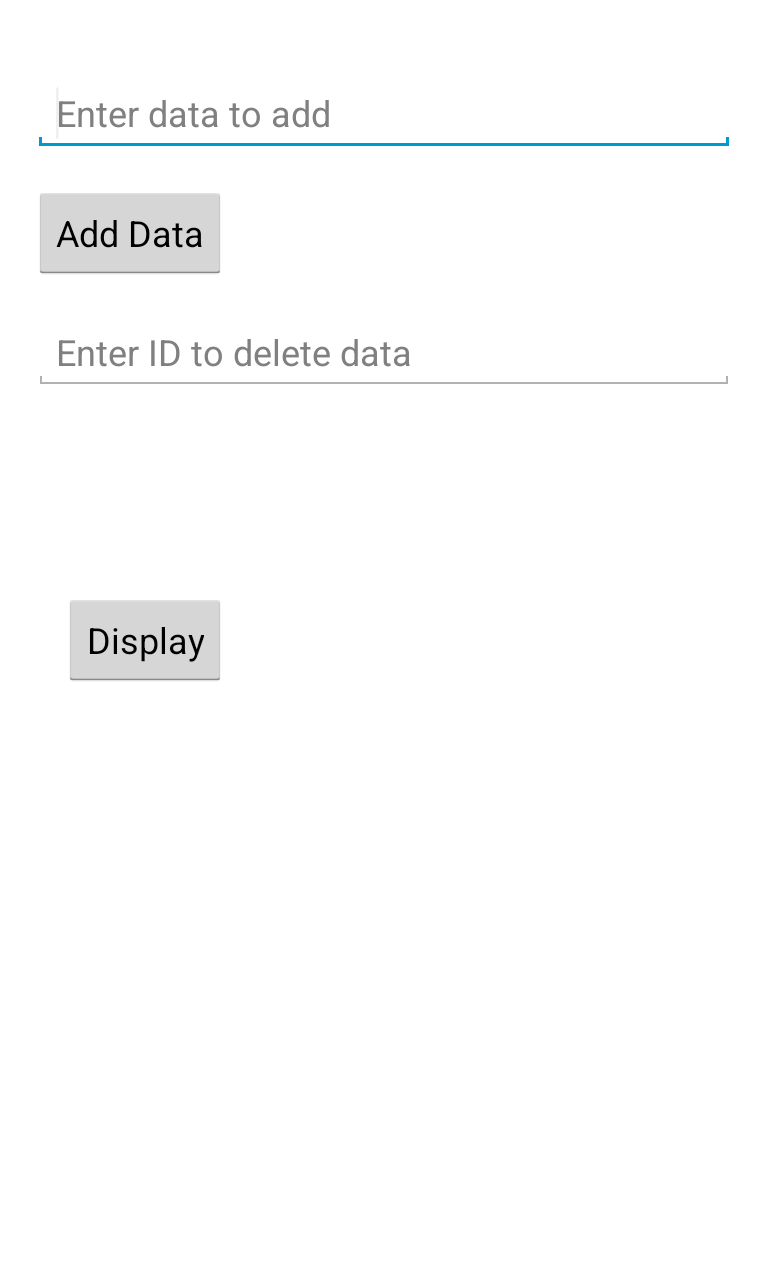
Repository: MadhuHS/JECM3
Layout: SqliteDemo/res/layout/activity_main.xml
An editor plug-in stored every save of this project. The layout is shown before and after the next save, followed by the edit.
It is drawn on a 768 x 1280 px phone screen (xhdpi) without system bars, with theme AppTheme; the app's code is not run.

Above is the layout before, as saved 2015-12-21 04:33:13.

### SqliteDemo/res/layout/activity_main.xml
<RelativeLayout xmlns:android="http://schemas.android.com/apk/res/android"
    xmlns:tools="http://schemas.android.com/tools"
    android:layout_width="match_parent"
    android:layout_height="match_parent"
    android:paddingBottom="@dimen/activity_vertical_margin"
    android:paddingLeft="@dimen/activity_horizontal_margin"
    android:paddingRight="@dimen/activity_horizontal_margin"
    android:paddingTop="@dimen/activity_vertical_margin"
    tools:context=".MainActivity" >

    <EditText
        android:id="@+id/editText1"
        android:layout_width="wrap_content"
        android:layout_height="wrap_content"
        android:layout_alignParentLeft="true"
        android:layout_alignParentRight="true"
        android:layout_alignParentTop="true"
        android:layout_marginTop="21dp"
        android:ems="10"
        android:hint="Enter data to add" >

        <requestFocus />
    </EditText>

    <Button
        android:id="@+id/buttonadd"
        android:layout_width="wrap_content"
        android:layout_height="wrap_content"
        android:layout_alignLeft="@+id/editText1"
        android:layout_below="@+id/editText1"
        android:layout_marginTop="16dp"
        android:onClick="addData"
        android:text="Add Data" />

    <Button
        android:id="@+id/buttondisplay"
        android:layout_width="wrap_content"
        android:layout_height="wrap_content"
        android:layout_alignRight="@+id/buttonadd"
        android:layout_centerVertical="true"
        android:onClick="displayData"
        android:text="Display" />

    <EditText
        android:id="@+id/editText2"
        android:layout_width="wrap_content"
        android:layout_height="wrap_content"
        android:layout_alignLeft="@+id/buttonadd"
        android:layout_alignRight="@+id/editText1"
        android:layout_below="@+id/buttonadd"
        android:layout_marginTop="16dp"
        android:ems="10"
        android:hint="Enter ID to delete data" />

</RelativeLayout>

Loaded but not shown: SqliteDemo/res/values/styles.xml (common file); SqliteDemo/res/values-v11/styles.xml (common file); SqliteDemo/res/values-v14/styles.xml (common file); SqliteDemo/res/values/dimens.xml (common file)

After the next save:
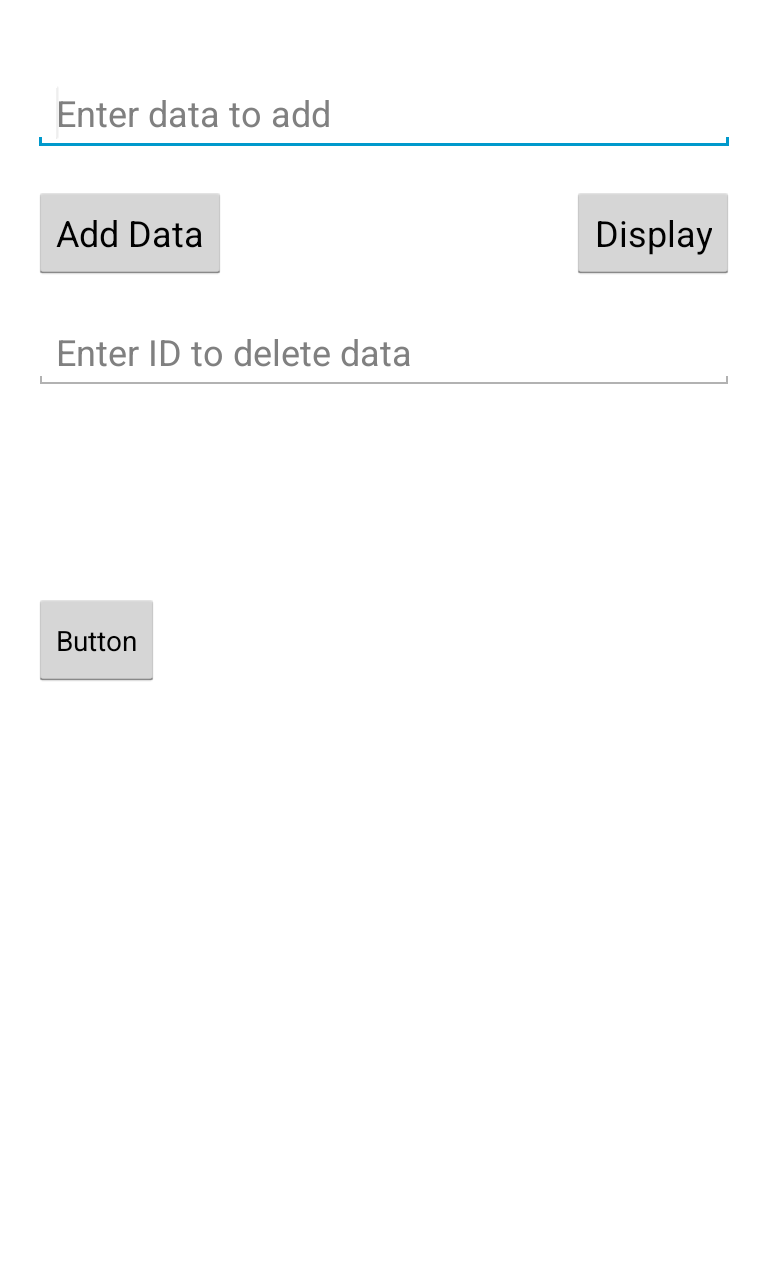
Saved 15 s later.
--- a/SqliteDemo/res/layout/activity_main.xml
+++ b/SqliteDemo/res/layout/activity_main.xml
@@ -32,15 +32,6 @@
         android:onClick="addData"
         android:text="Add Data" />
 
-    <Button
-        android:id="@+id/buttondisplay"
-        android:layout_width="wrap_content"
-        android:layout_height="wrap_content"
-        android:layout_alignRight="@+id/buttonadd"
-        android:layout_centerVertical="true"
-        android:onClick="displayData"
-        android:text="Display" />
-
     <EditText
         android:id="@+id/editText2"
         android:layout_width="wrap_content"
@@ -52,4 +43,22 @@
         android:ems="10"
         android:hint="Enter ID to delete data" />
 
+    <Button
+        android:id="@+id/buttondisplay"
+        android:layout_width="wrap_content"
+        android:layout_height="wrap_content"
+        android:layout_above="@+id/editText2"
+        android:layout_alignRight="@+id/editText2"
+        android:onClick="displayData"
+        android:text="Display" />
+
+    <Button
+        android:id="@+id/button1"
+        style="?android:attr/buttonStyleSmall"
+        android:layout_width="wrap_content"
+        android:layout_height="wrap_content"
+        android:layout_alignLeft="@+id/editText2"
+        android:layout_centerVertical="true"
+        android:text="Button" />
+
 </RelativeLayout>
